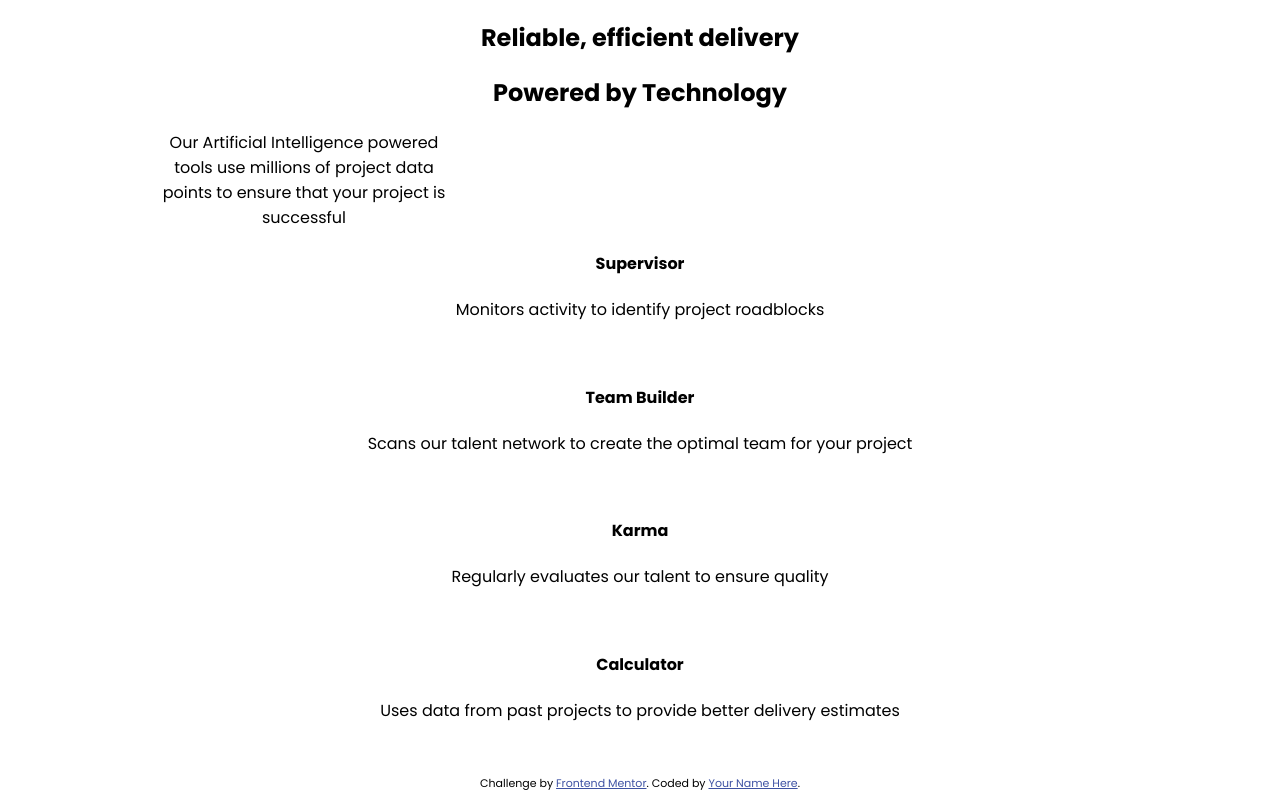
Repository: BuduCE/four-card-feature-section-master
Page: index.html
An editor plug-in stored every save of this project. The page is shown before and after a run of saves, followed by the edit.
The browser window is 1280 px wide. The pictures show the whole page.

Above is the page before, as saved 2023-06-01 22:10:25.

### index.html
<!DOCTYPE html>
<html lang="en">
<head>
  <meta charset="UTF-8">
  <meta name="viewport" content="width=device-width, initial-scale=1.0"> <!-- displays site properly based on user's device -->

  <link rel="icon" type="image/png" sizes="32x32" href="./images/favicon-32x32.png">

  <title>Frontend Mentor | Four card feature section</title>

  <link rel="stylesheet" href="styles.css">
  <!-- Gogle font family -->
  <link rel="preconnect" href="https://fonts.googleapis.com">
  <link rel="preconnect" href="https://fonts.gstatic.com" crossorigin>
  <link
    href="https://fonts.googleapis.com/css2?family=Montserrat:ital,wght@0,200;0,300;0,400;0,500;0,600;0,700;0,800;0,900;1,200;1,300;1,400;1,500;1,600;1,700;1,800;1,900&family=Poppins:wght@100;200;300;400;500;700;900&display=swap"
    rel="stylesheet">
</head>
<body>
  <h2>Reliable, efficient delivery</h2>
  <h2>Powered by Technology</h2>

  <p class="header_detail">Our Artificial Intelligence powered tools use millions of project data points
  to ensure that your project is successful</p>

  <div class="product_card">
    <div class="card_containers">
      <div class="card">
        <h4>Supervisor</h4>
        <p>Monitors activity to identify project roadblocks</p>
        <img src="" alt="">
      </div>
    </div>

    <div class="card_containers special">
      <div class="card">
        <h4>Team Builder</h4>
        <p>Scans our talent network to create the optimal team for your project</p>
        <img src="" alt="">
      </div>

      <div class="card">
        <h4>Karma</h4>
        <p>Regularly evaluates our talent to ensure quality</p>
        <img src="" alt="">
      </div>
    </div>

    <div class="card_containers">
      <div class="card">
        <h4>Calculator</h4>
        <p>Uses data from past projects to provide better delivery estimates</p>
        <img src="" alt="">
      </div>
    </div>
  </div>

  <footer>
    <p class="attribution">
      Challenge by <a href="https://www.frontendmentor.io?ref=challenge" target="_blank">Frontend Mentor</a>.
      Coded by <a href="#">Your Name Here</a>.
    </p>
  </footer>
</body>
</html>

### styles.css
.attribution {
    font-size: 11px;
    text-align: center;
}

.attribution a {
    color: hsl(228, 45%, 44%);
}

body {
    font-family: 'Poppins', sans-serif;
    text-align: center;
    width: 75%;
    margin: auto;
}
.header_detail{
    width: 30%;
}

After the next 3 saves:
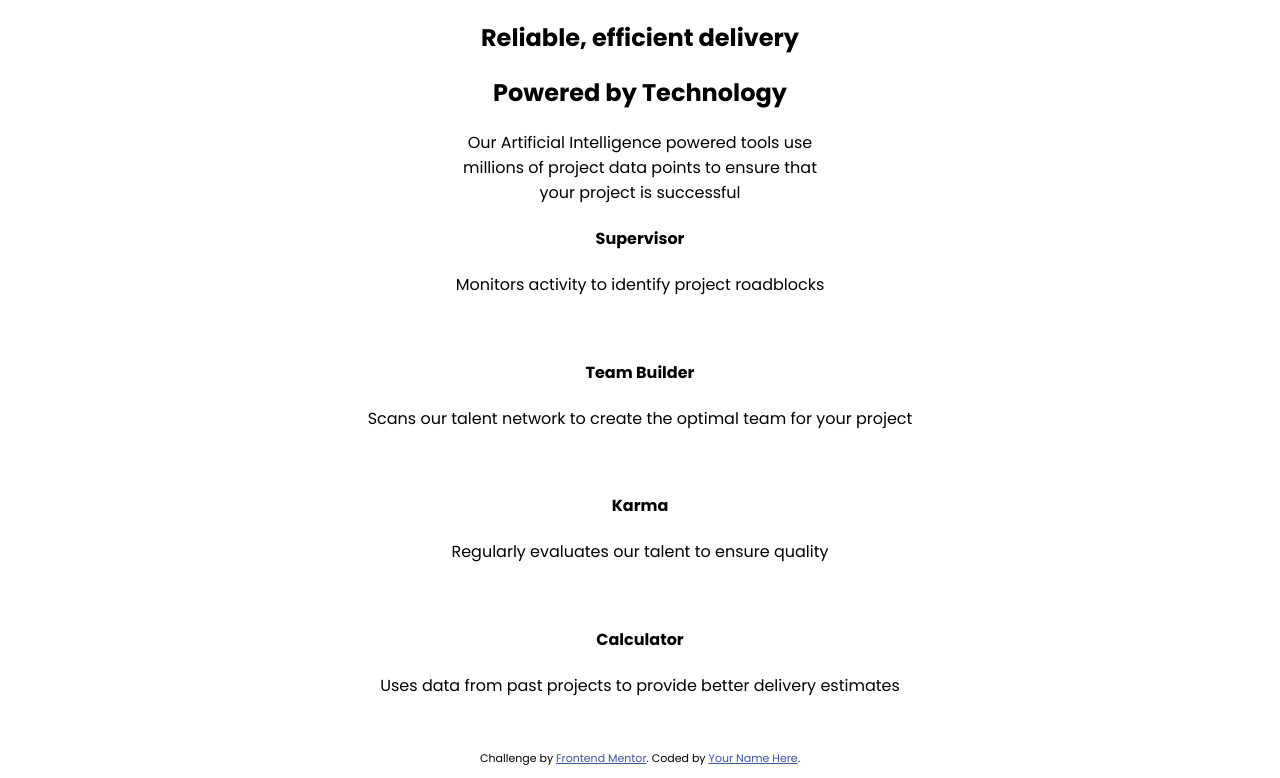
The 3 saves are shown as one change because they came seconds apart.
The last was saved 9 s later.
--- a/styles.css
+++ b/styles.css
@@ -14,5 +14,6 @@ body {
     margin: auto;
 }
 .header_detail{
-    width: 30%;
+    width: 40%;
+    margin: auto;
 }
